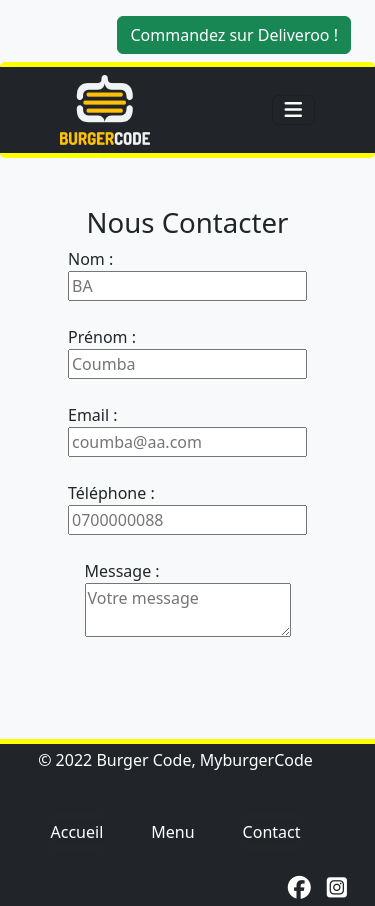
Repository: Coumba25040/coumbaProjet
Page: VraiProjet/contact.html
These files come from the project's save history. The page is drawn as it stood at one moment and after the next save; the edit follows.
The browser window is 375 px wide. The pictures show the whole page.

Above is the page before, as saved 2025-01-24 14:18:18.

### VraiProjet/contact.html
<!DOCTYPE html>
<html lang="en">

<head>
    <meta charset="UTF-8">
    <meta name="viewport" content="width=device-width, initial-scale=1.0">
    <title>Document</title>
    <link href="https://cdn.jsdelivr.net/npm/bootstrap@5.3.3/dist/css/bootstrap.min.css" rel="stylesheet"
        integrity="sha384-QWTKZyjpPEjISv5WaRU9OFeRpok6YctnYmDr5pNlyT2bRjXh0JMhjY6hW+ALEwIH" crossorigin="anonymous">
        <link rel="stylesheet" href="https://cdnjs.cloudflare.com/ajax/libs/font-awesome/6.7.2/css/all.min.css" integrity="sha512-Evv84Mr4kqVGRNSgIGL/F/aIDqQb7xQ2vcrdIwxfjThSH8CSR7PBEakCr51Ck+w+/U6swU2Im1vVX0SVk9ABhg==" crossorigin="anonymous" referrerpolicy="no-referrer" />
        <style>
            .icone {
                height: 20px;
                width: 20px;
            }

            .logo {
                height: 70px;
                width: 90px;
            }

            .restau{
                width: 100%;

            }

            footer{
                display: flex;
                justify-content: center;
                flex-direction: column;
            }

            .overlay{
              position: absolute;
              width: 100%;
              height: 100%;
              background-color: rgba(0, 0, 0, 0.516);

            }

            .carousel-inner{
              position: relative;
            }

            .accueil{

              border-top: 5px solid yellow;
              border-bottom: 5px solid yellow;
              border-radius: 5px;
              color: white;

            }


            .border-hover:hover{
              border-top: 5px solid yellow;
              border-bottom: 5px solid yellow;
              border-radius: 5px;
                    }

              .border-hover{
              border-top: 8px solid #222529;
              border-bottom: 8px solid #222529;
              border-radius: 5px;
                    }

            .footer{
              border-top: 5px solid yellow;
            }






    @media screen and (max-width: 580px) {
        .links{
            display: none;
        }

        .btn1{
            display: flex;
            justify-content: center;
            align-items: center;
        }

        .burgerc{
            display: flex;
            justify-content: center;
        }

        header{
          display: flex;
          justify-content: center;
          align-items: center;

        }


        .btn1{
          display: block;
          margin: 0 auto;
          align-items: center;
        }



    }



        </style>
    </head>

    <body class="bg-light">

        <header>

        <div class="container-fluid  p-2 mt-2 d-flex justify-content-between ">
            <p class="links ms-3">Rejoignez-nous sur les réseaux :
                <a href="http://www.facebook.com/">
                    <i class="fa-brands fa-facebook fs-3 text-dark me-3"></i></a>
                <a href="http://www.instagram.com/">
                    <i class="fa-brands fa-square-instagram fs-3 text-dark"></i></a>
            </p>
            <a href="#" class="btn btn-success btn1 me-3">Commandez sur Deliveroo !</a>

        </div>
    </header>

    <nav class="navbar navbar-expand-lg bg-dark fixed accueil sticky-top">
        <div class="container-fluid bg-dark mx-5">
            <img class="logo" src="./img/Logo-block-light.png" alt="logo">
            <button class="navbar-toggler text-white" type="button" data-bs-toggle="collapse" data-bs-target="#navbarNav"
                aria-controls="#navbarNav" aria-expanded="false" aria-label="Toggle navigation">
                <i class="fa-solid fa-bars"></i>
            </button>
            <div class="navmobile collapse navbar-collapse " id="navbarNav">
                <ul class="navbar-nav ms-auto">
                    <li class="nav-item mx-1">
                        <a class="nav-link active text-white border-hover " aria-current="page" href="./accueil.html">Accueil</a>
                    </li>
                    <li class="nav-item mx-1">
                        <a class="nav-link text-white menu " href="./menu.html">Menu</a>
                    </li>
                    <li class="nav-item mx-1">
                        <a class="nav-link text-white border-hover " href="./contact.html">Contact</a>
                    </li>
                </ul>
            </div>
        </div>
    </nav>


    <form action="" method="get" class="d-flex flex-column align-items-center my-5 ">
        <h1>Nous Contacter</h1>

        <label for="name">Nom :<br>
        <input type="text" class="name" id="name" placeholder="BA"></label><br>

        <label for="prenom">Prénom :<br>
        <input type="text" class="prenom" id="prenom" placeholder="Coumba"></label><br>

        <label for="name">Email :<br>
        <input type="email" class="email" id="email" placeholder="coumba@aa.com"></label><br>

        <label for="tel">Téléphone :<br>
        <input type="tel" class="tel" id="tel" placeholder="0700000088"></label><br>

        <label for="name">Message :<br>
        <textarea name="message" id="message" placeholder="Votre message"></textarea><br></label>


    </form>


          <footer>

          <div class="container-fluid text-white bg-dark d-flex p-1 mt-5 footer">
            <div class="row w-100">
                <div class="col-md-4">
                    <p class="burgerc">© 2022 Burger Code, MyburgerCode</p>

                </div>

                <div class="col-md-4 d-flex justify-content-center align-items-center gap-5 p-4 ">
                <a class="nav-link active text-white border-hover" aria-current="page" href="./accueil.html">Accueil</a>
                <a class="nav-link text-white menu" href="./menu.html">Menu</a>
                <a class="nav-link text-white border-hover" href="./contact.html">Contact</a></div>

                <div class="col-md-4 d-flex justify-content-end align-items-end gap-3 reseaux">
                    <a href="http://www.facebook.com/">
                        <i class="fa-brands fa-facebook fs-3 text-white"></i></a>
                    <a href="http://www.instagram.com/">
                        <i class="fa-brands fa-square-instagram fs-3 text-white"></i></a>

                </div>

            </div>

          </div>

        </footer>

      <script src="https://cdn.jsdelivr.net/npm/bootstrap@5.3.3/dist/js/bootstrap.bundle.min.js" integrity="sha384-YvpcrYf0tY3lHB60NNkmXc5s9fDVZLESaAA55NDzOxhy9GkcIdslK1eN7N6jIeHz" crossorigin="anonymous"></script>
</body>

</html>

After the next save:
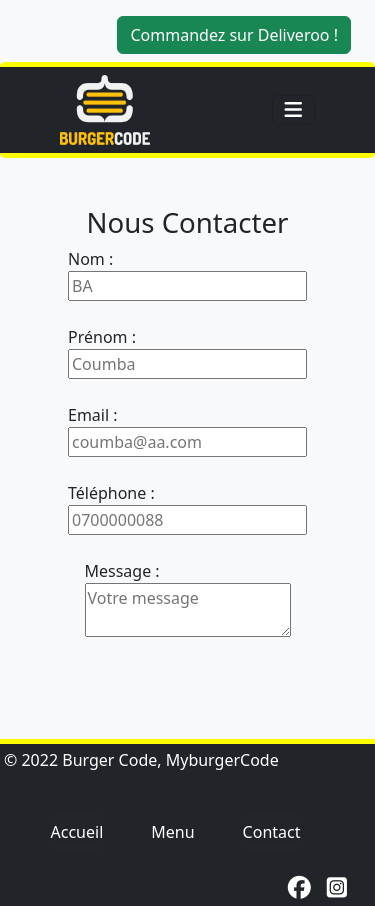
Saved 2 min 25 s later.
--- a/VraiProjet/contact.html
+++ b/VraiProjet/contact.html
@@ -82,11 +82,6 @@
             display: flex;
             justify-content: center;
             align-items: center;
-        }
-
-        .burgerc{
-            display: flex;
-            justify-content: center;
         }
 
         header{
